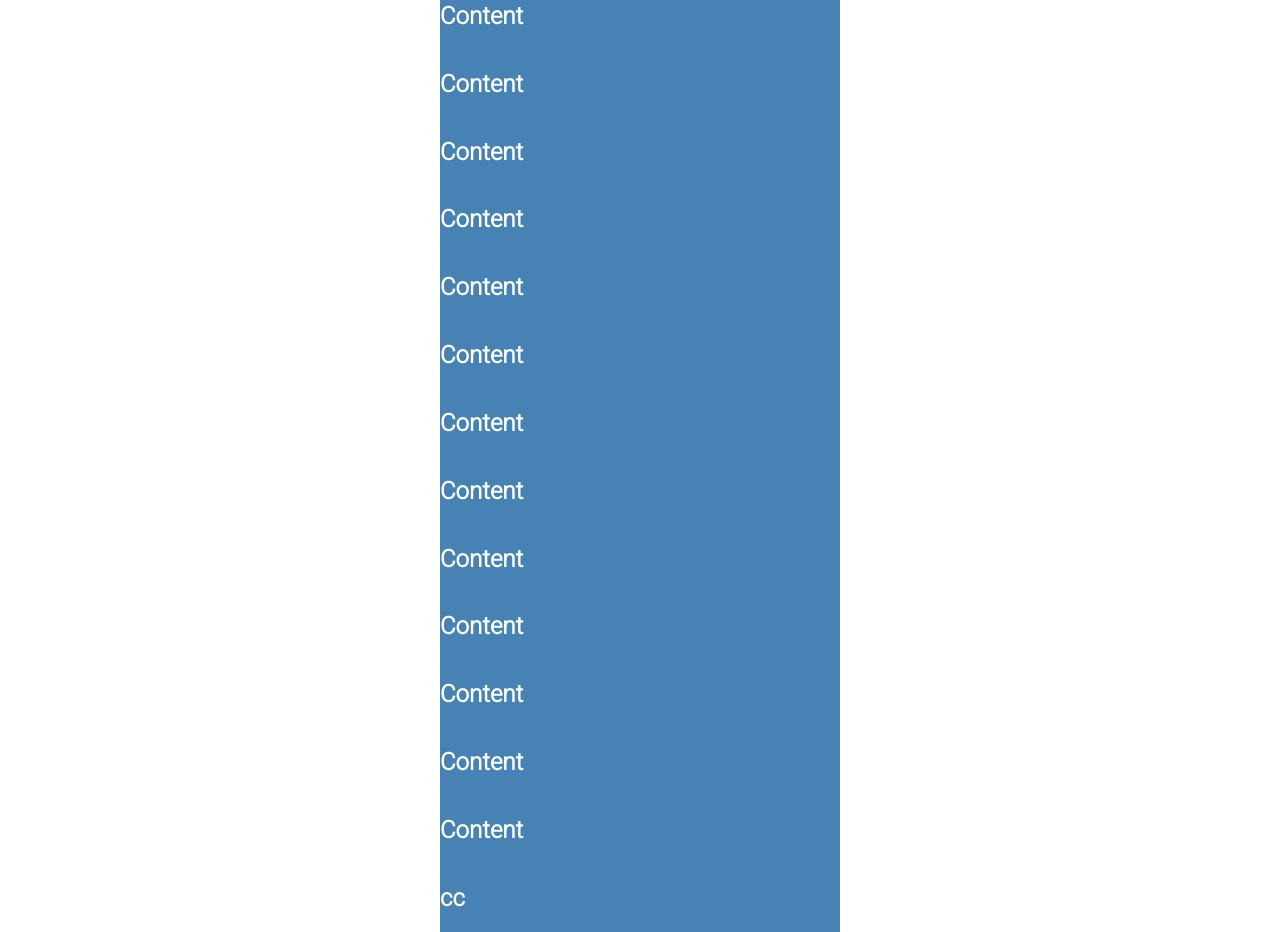
Repository: Berkan71/js-example-little-projects
Page: scrool-animation/index.html
An editor plug-in stored every save of this project. The page is shown before and after the next save, followed by the edit.
The browser window is 1280 px wide. The pictures show the whole page.

Above is the page before, as saved 2022-07-27 19:46:24.

### scrool-animation/index.html
<!DOCTYPE html>
<html lang="en">
<head>
    <meta charset="UTF-8">
    <meta http-equiv="X-UA-Compatible" content="IE=edge">
    <meta name="viewport" content="width=device-width, initial-scale=1.0">
    <title>Scrool Animation</title>
    <link rel="stylesheet" href="style.css">

</head>
<body>
    <h1>Scrool to see the animation</h1>
    <div class="box"><h2>Content</h2></div>
    <div class="box"><h2>Content</h2></div>
    <div class="box"><h2>Content</h2></div>
    <div class="box"><h2>Content</h2></div>
    <div class="box"><h2>Content</h2></div>
    <div class="box"><h2>Content</h2></div>
    <div class="box"><h2>Content</h2></div>
    <div class="box"><h2>Content</h2></div>
    <div class="box"><h2>Content</h2></div>
    <div class="box"><h2>Content</h2></div>
    <div class="box"><h2>Content</h2></div>
    <div class="box"><h2>Content</h2></div>
    <div class="box"><h2>Content</h2></div>
    <div class="box"><h2>Content</h2></div>
    <div class="box"><h2>Content</h2></div>
    <div class="box"><h2>cc</h2></div>






    <script src="script.js"></script>
</body>
</html>

### scrool-animation/style.css
@import url('https://fonts.googleapis.com/css2?family=Roboto:wght@300&display=swap');


* {
    box-sizing: border-box;
}

body {
    background-color: ;
    font-family: 'Roboto';
    display: flex;
    flex-direction: column;
    align-items: center;
    justify-content: center;
    height: 100vh;
    margin: 0;
}

h1 {
    margin: 10px;
}

.box {
    background-color: steelblue;
    color: #fff;
    align-items: center;
    justify-content: center;
    width: 400px;
    height: 200px;
}

Loaded but not shown: scrool-animation/script.js (no stored copy; drawn as an empty file)

After the next save:
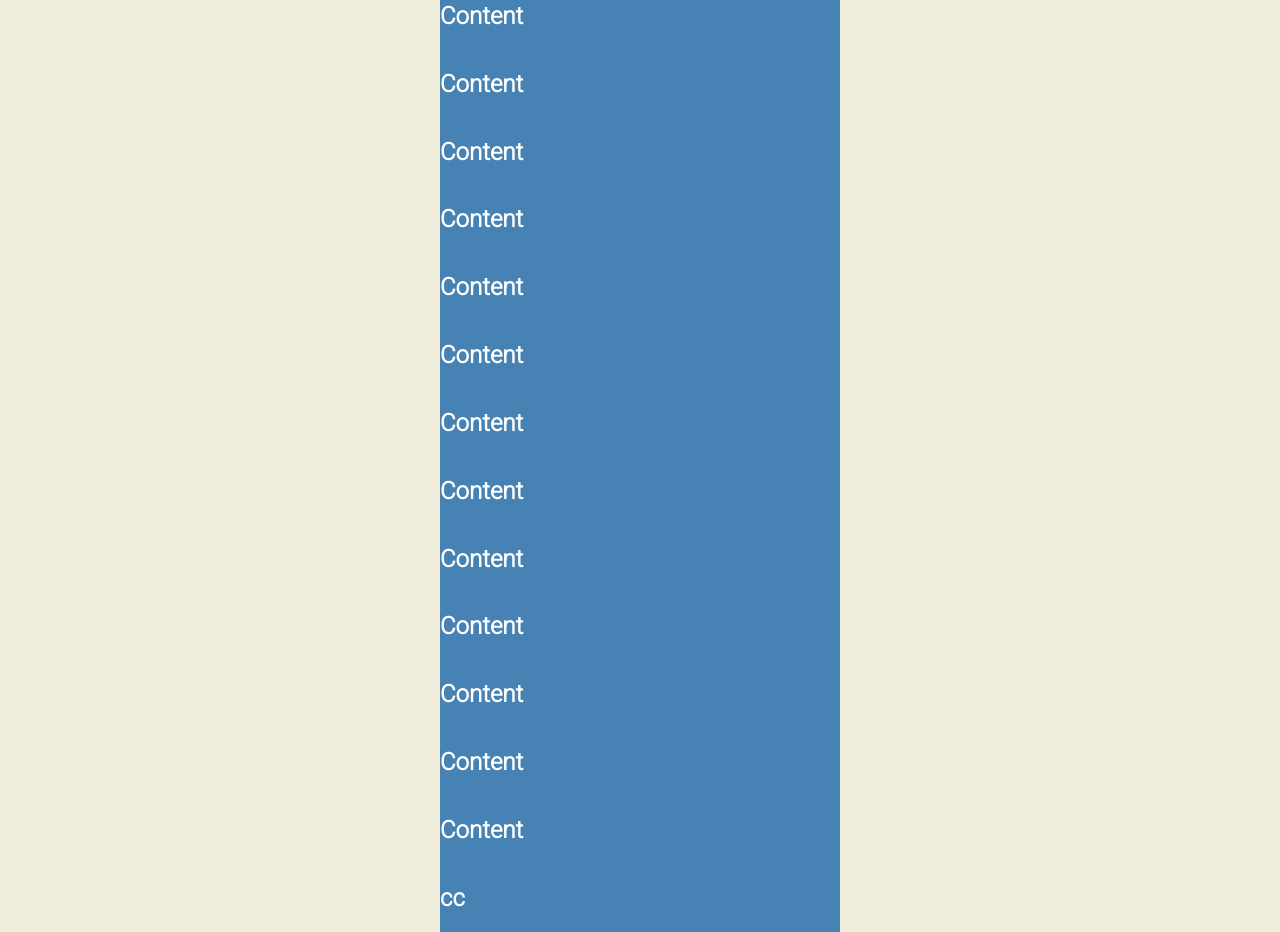
Saved 20 s later.
--- a/scrool-animation/style.css
+++ b/scrool-animation/style.css
@@ -6,7 +6,7 @@
 }
 
 body {
-    background-color: ;
+    background-color: #efedd9;
     font-family: 'Roboto';
     display: flex;
     flex-direction: column;
